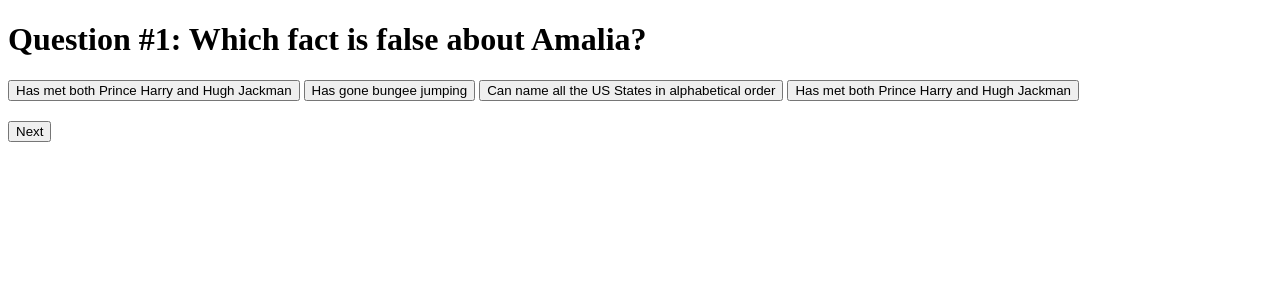
Repository: RenataDzotova/Trivia-BCIT
Page: http://localhost/quiz?q=1
The author's editor kept a copy of each file at every save. The page is drawn from the files as they stood at one save, then again after the next save.
The browser window is 1280 px wide. The pictures show the whole page.
The page is served by the project's Node server (index.js).

Above is the page before, as saved 2022-11-08 10:41:30.

### views/question.ejs
<!DOCTYPE html>
<html lang="en">

<head>
    <meta charset="UTF-8">
    <meta http-equiv="X-UA-Compatible" content="IE=edge">
    <meta name="viewport" content="width=device-width, initial-scale=1.0">
    <title>Document</title>
    <style>
        .visible{
            position: absolute;
            top:20%;
            left:50%;
            width: 400px;
            height: 300px;
            background-color: blanchedalmond;
        }
        .visibleNextButton{
            display:block
        }

        .defaultNextButton{
            visibility: hidden;
        }
    </style>
</head>

<body>
    <!-- <img src="../public/1.jpeg"/> -->
    <h1> <%= allQuestions[qnum].ques %> </h1>

    <button onclick="SendAnswer('<%= allQuestions[qnum].num %>', 'opt1')"><%= allQuestions[qnum].opt1 %></button>
    <button onclick="SendAnswer('<%= allQuestions[qnum].num %>', 'opt2')"><%= allQuestions[qnum].opt2 %></button>
    <button onclick="SendAnswer('<%= allQuestions[qnum].num %>', 'opt3')"><%= allQuestions[qnum].opt3 %></button>
    <button onclick="SendAnswer('<%= allQuestions[qnum].num %>', 'opt4')"><%= allQuestions[qnum].opt1 %></button>

    <!-- <button onclick="SendAnswer(1,{allQuestions[]})">{allQuestions[].opt1}</button>
    <button onclick="SendAnswer(2,{allQuestions[]})">{allQuestions[].opt2} </button>
    <button onclick="SendAnswer(3,{allQuestions[]})">{allQuestions[].opt3}</button>
    <button onclick="SendAnswer(4,{allQuestions[]})">{allQuestions[].opt4}</button> -->

    <div>
        <h2></h2>
        <a id="nextButton" href=/quiz?q=<%= qnum+1 %>
            class="defaultNextButton!">
            <button>Next</button>
        </a>
        <h3 id="score"></h3>
    </div>


    <script>
        // var hello = <%= allQuestions[qnum].ques %>;
        var answerDiv = document.querySelector("div")
        var rightWrong = document.querySelector("h2")
        var nextButton = document.querySelector("#nextButton")
        var scoreNum = document.querySelector("#score")
        function SendAnswer(ans, ques) {
            fetch(`http://localhost:3000/checkAnswer?answer=${ans}&question=${ques}`).then(async (data) => {
                //console.log(await data.json())
                const results = await data.json();

                if (results.fact){
                    answerDiv.classList.add("visible")
                    rightWrong.innerText = ("Correct")
                    nextButton.classList.add("visibleNextButton")
                    nextButton.classList.remove("defaultNextButton")
                    scoreNum.innerText = (results.score)


                } else {
                    answerDiv.classList.add("visible")
                    rightWrong.innerText = ("Wrong")
                    nextButton.classList.add("visibleNextButton")
                    nextButton.classList.remove("defaultNextButton")
                    scoreNum.innerText = (results.score)

                }
            })
        }
    </script>
</body>

</html>

### index.js
const express = require('express')
const bodyParser = require('body-parser')
const app = express()
const path = require('path')
const quizpagePath =  path.join(__dirname,'views/quiz.html')
const q1 = path.join(__dirname,'views/question.ejs')
// const q2 = path.join(__dirname,'views/questionTwo.html')
// const q3 = path.join(__dirname,'views/questionThree.html')
// const q4 = path.join(__dirname,'views/questionFour.html')
// const q5 = path.join(__dirname,'views/questionFive.html')
// const q6 = path.join(__dirname,'views/questionSix.html')
// const q7 = path.join(__dirname,'views/questionSeven.html')
// const q8 = path.join(__dirname,'views/questionEight.html')
// const q9 = path.join(__dirname,'views/questionNine.html')
// const q10 = path.join(__dirname,'views/questionTen.html')

app.use(express.static('views'))
app.use(bodyParser.urlencoded({ extended: false }))
app.use(express.json())
app.set("view engine", "ejs");


app.get('/', (req, res)=>{
    // console.log(req.query) //? This will now make an object out of whatever query is inserted in the searchbar, for example, "localhost:3000/?name=cocoa" will console.log { name: 'cocoa' }
    res.sendFile(quizpagePath)
})

var score = Math.max(0)

app.get('/quiz', (req, res)=>{
  // console.log(req.query)
  res.render(q1, {
    allQuestions,
    qnum:Number(req.query.q)
  })
})


const allQuestions = {
  1:{
    num: "1",
    ques:"Question #1: Which fact is false about Amalia?",
    opt1:"Has met both Prince Harry and Hugh Jackman",
    opt2:"Has gone bungee jumping",
    opt3:"Can name all the US States in alphabetical order",
    opt4:"Has seen Gilmore Girls 10 times through",
    ans:"opt2"
  },
  2:{
    num: "2",
    ques:"Question #2: Which fact is false about Darinka?",
    opt1:"Has travelled to 35+ countries",
    opt2:"Dug up dinosaurs in 2015 in Alberta",
    opt3:"Had 2 pet spider monkeys at home",
    opt4:"Favourite holiday is Christmas",
    ans:"opt4"
  },
  3:{
    num: "3",
    ques:"Question #3: Which fact is false about Chris?",
    opt1:"Had a pet chicken growing up",
    opt2:"Has watched Friends 10 times through",
    opt3:"Has eaten frogs",
    opt4:"Was the fastest runner in school as a kid",
    ans:"opt1"
  },
  4:{
    num: "4",
    ques:"Question #4: Which fact is false about Mac?",
    opt1:"Hates kids",
    opt2:"Has filmed 3 short movies, one of them won a film festival",
    opt3:"Has competed in ballroom dances",
    opt4:"He studied to be an architect",
    ans:"opt1"
  },
  5:{
    num: "5",
    ques:"Question #5: Which fact is false about Wim?",
    opt1:"He is related to a Dutch Prince, Willem van Oranje",
    opt2:"He drinks hot chocolate with goat milk and honey and cinnamon every day",
    opt3:"He was expelled from school for poor academic performance",
    opt4:"He used to be a part of a hacker group back in 90s",
    ans:"opt3"
  },
  6:{
    num: "6",
    ques:"Question #6: Which fact is false about Daemon?",
    opt1:"He is a gamer",
    opt2:"The most disgusting food for him is pasta",
    opt3:"He has taught himself on every software he knows",
    opt4:"He came within 4 days of failing Uni but tossed together an A+ for his final project",
    ans:"opt2"
  },
  7:{
    num: "7",
    ques:"Question #7: Which fact is false about Skip?",
    opt1:"He speaks French at home",
    opt2:"He used to run a ghost tour",
    opt3:"He played in 3 musicals in university",
    opt4:"He is a BCIT alumni graduating in Journalism",
    ans:"opt1"
  },
  8:{///WHICH ONE IS FAKE
    num: "8",
    ques:"Question #8: Which fact is false about Rodan?",
    opt1:"One of his front teeth is fake",
    opt2:"He toured as a guitarist in a band",
    opt3:"Sold a basketball signed by Yao Ming for $20,000",
    opt4:"Favourite ice cream flavour from “La Glace” is the mango cilantro chili",
    ans:"opt2"
  }
}

app.get('/checkAnswer', (req, res)=>{
  const questionNumber = req.query.question
  const data = allQuestions[questionNumber]
  // console.log(allQuestions[req.query.answer].ans)
  console.log(req.query.answer)
  console.log(req.query.question)

  // res.render('question', data)
   if((req.query.question) === allQuestions[req.query.answer].ans){
    res.json({fact:true, score:score});
    score ++

  } else {
    res.json({fact:false, score:score});
    if(score >= 1){
        score--;
    } else {
        score
    }
  }


  // res.render(__dirname + "/views/questionTwo.html", {score:score})
//?body key is for posts   //?params is for gets
  // if(Number(req.query.answer) === answerkey[req.query.question]){
  //   res.json({fact:true, score:score});
  //   score ++

  // } else {
  //   res.json({fact:false, score:score});
  //   if(score >= 1){
  //       score--;
  //   } else {
  //       score
  //   }
  // }
})

  // res.sendFile(trueFile)



// app.get('/quiz', (req, res)=>{
//   res.sendFile(quizpagePath)
// })

// //Chris Wrote This ==>
// app.get('/someData',(req,res)=>{
//   // res.end(req.query)
//   res.json({name:'chris'})
// })
// //<== Chris Wrote This
const PORT = 3000
app.listen(PORT, () => {
  console.log(`The app is running on port ${PORT}`)
})




// app.get('/q2', (req, res)=>{
//   // console.log(req.query)
//   res.sendFile(q2)
// })

// app.get('/q3', (req, res)=>{
//   // console.log(req.query)
//   res.sendFile(q3)
// })

// app.get('/q4', (req, res)=>{
//   // console.log(req.query)
//   res.sendFile(q4)
// })

// app.get('/q5', (req, res)=>{
//   // console.log(req.query)
//   res.sendFile(q5)
// })

// app.get('/q6', (req, res)=>{
//   // console.log(req.query)
//   res.sendFile(q6)
// })

// app.get('/q7', (req, res)=>{
//   // console.log(req.query)
//   res.sendFile(q7)
// })

// app.get('/q8', (req, res)=>{
//   // console.log(req.query)
//   res.sendFile(q8)
// })

// app.get('/q9', (req, res)=>{
//   // console.log(req.query)
//   res.sendFile(q9)
// })

// app.get('/q10', (req, res)=>{
//   // console.log(req.query)
//   res.sendFile(q10)
// })

// //To display the final score.
// var result = ("YOUR FINAL SCORE IS: " + score + "/5")
// console.log(result)


// var readlineSync = require("readline-sync");

// console.log("Welcome to the BCIT Teacher Quiz");

// //this is line breaker, like it leaves a line.
// console.log("\n");


// var username = readlineSync.question("Your Name? ");

// console.log("\n");

// console.log("Welcome to THE QUIZ, " + username + "!");

// var score = 0;
// // if(document.getElementById('correct').checked){
// //     score++
// // }

// function quiz(question, answer) {
//   var userAnswer = readlineSync.question(question);
//   if (userAnswer == answer) {
//     console.log("correct! ");
//     score++;
//   }
//   else {
//     console.log("wrong! ");
//     score--;
//   }
//   console.log("your score is ", score);
//   console.log("-------------------");
// }

// //questions
// var questions = [
//   {
//     question: "Which fact is false about Darinka?",
//     q1: "a) Has travelled to 35+ countries",
//     q2: "b) Favourite holiday is Christmas",
//     q3: "c) Had 2 pet spider monkeys at home",
//     q4: "d) Dug up dinosaurs in 2015 in Alberta",
//     answer: "b"
//   },
//   {
//     question: "Which fact is false about Amalia?",
//     q1: " a) Can name all the US States in alphabetical order",
//     q2: " b) Has met Prince Harry  ",
//     q3: " c) I've seen Gilmore Girls 10 times through",
//     q4: " d) Can't go to bed without a cup of tea every night",
//     answer: "d"
//   },
//   {
//     question: "Which fact is false about Chris?",
//     q1: " a) He has watched Friends 10 times",
//     q2: " b) He can speak chinese fluently",
//     q3: " c) He can juggle with 4 balls",
//     q4: " d) He has eaten frogs before",
//     answer: "c"
//   },
//   {
//     question: "Which fact is false about Wim?",
//     q1: " a) He wears wet socks during summer",
//     q2: " b) He is related to a Dutch Prince",
//     q3: " c) He has goat milk hot chocolate with honey everyday",
//     q4: " d) He was in a hacker group in the 80's",
//     answer: "a"
//   },
//   {
//     question: "Did you like the quiz?",
//     q1: "yes or",
//     q2: "no",
//     q3: "",
//     q4: "",
//     answer: "yes"
//   }
// ];

// //LOOP
// for (var i = 0; i < questions.length; i++) {
//   var currentq = questions[i];
//   quiz(currentq.question + "\n" + currentq.q1 + "\n" + currentq.q2 + "\n" + currentq.q3 + "\n" + currentq.q4 + "\n" , currentq.answer);
// }

// //To display the final score.
// var result = ("YOUR FINAL SCORE IS: " + score + "/5")
// console.log(result)




// var readlineSync = require("readline-sync");

// console.log("welcome to F.R.I.E.N.D.S. quiz");

// //this is line breaker, like it leaves a line.
// console.log("\n");









// var username = readlineSync.question("Your Name? ");

// console.log("\n");

// console.log("Welcome to THE QUIZ, " + username + "!");

// var score = 0;
// function quiz(question, answer) {
//   var userAnswer = readlineSync.question(question);
//   if (userAnswer == answer) {
//     console.log("correct! ");
//     score++;
//   }
//   else {
//     console.log("wrong! ");
//     score--;
//   }
//   console.log("your score is ", score);
//   console.log("-------------------");
// }

// //questions
// var questions = [
//   {
//     question: "how many iron man suits did tony stark create in the cinematic universe? ",
//     answer: "85"
//   },
//   {
//     question: "Name of Thor's original hammer",
//     answer: "mjolnir"
//   },
//   {
//     question: "Where was Mjolnir forged?",
//     answer: "Nidavellir"
//   },
//   {
//     question: "Father of the God of Thunder",
//     answer: "Odin"
//   },
//   {
//     question: "Who is the god of mischief?",
//     answer: "Loki"
//   },
//   {
//     question: "Did you like the quiz?",
//     answer: "yes"
//   }
// ];

// //LOOP
// for (var i = 0; i < questions.length; i++) {
//   var currentq = questions[i];
//   quiz(currentq.question, currentq.answer);
// }

// //To display the final score.

// console.log("YOUR FINAL SCORE IS: " + score + "/10")

After the next save:
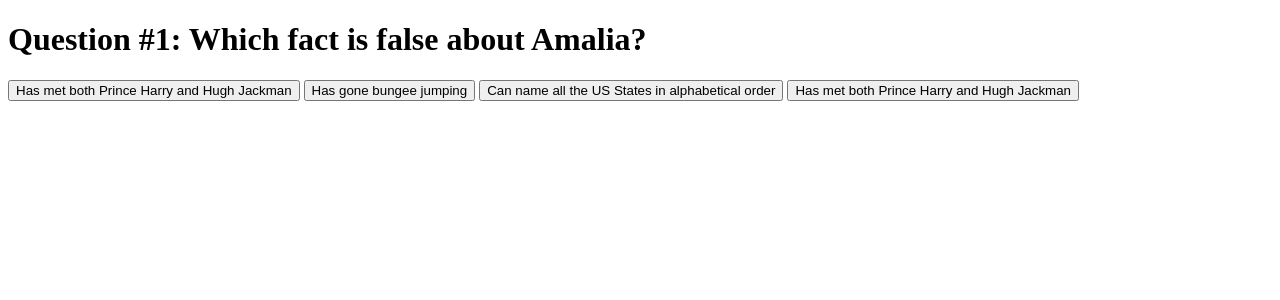
Saved 23 s later.
--- a/views/question.ejs
+++ b/views/question.ejs
@@ -42,7 +42,7 @@
     <div>
         <h2></h2>
         <a id="nextButton" href=/quiz?q=<%= qnum+1 %>
-            class="defaultNextButton!">
+            class="defaultNextButton">
             <button>Next</button>
         </a>
         <h3 id="score"></h3>
